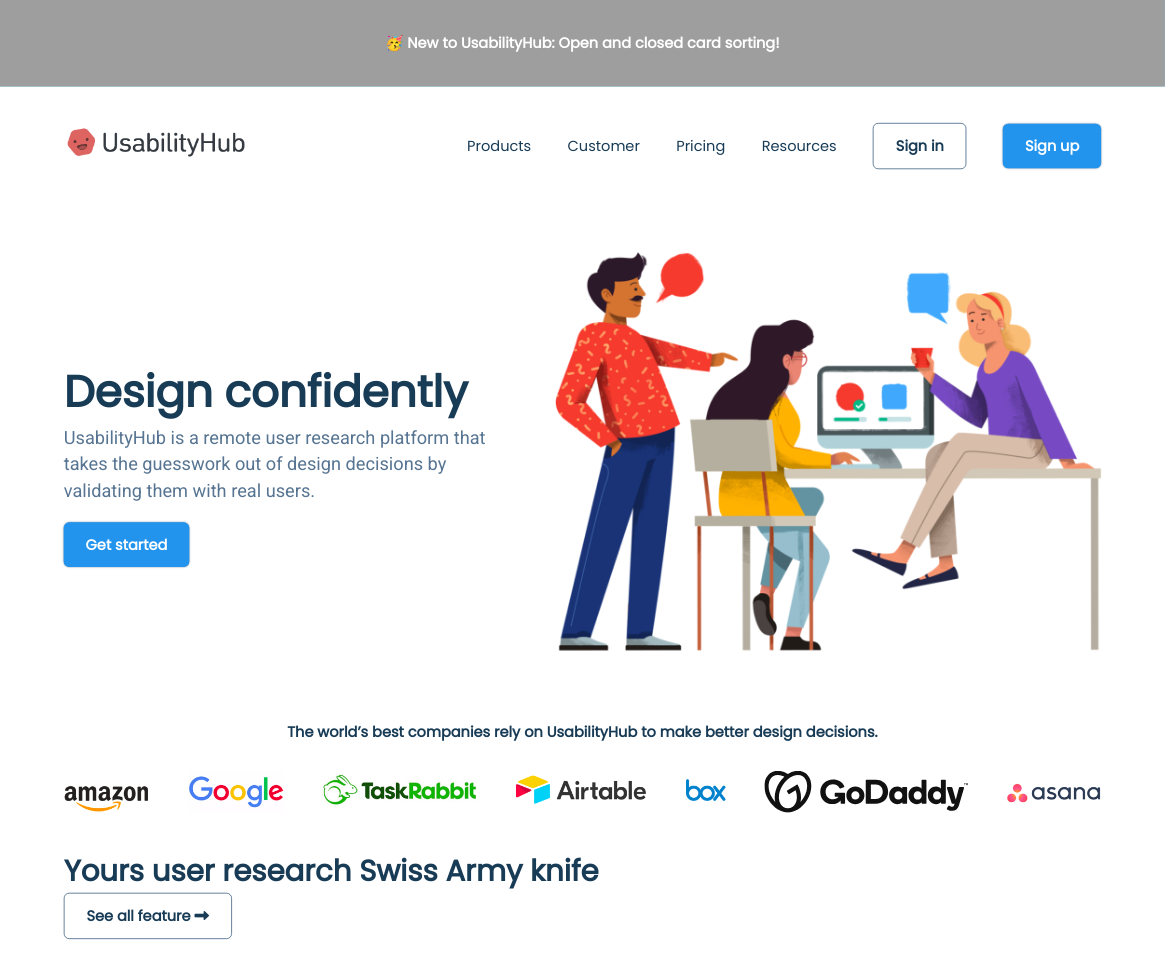
Repository: ramlakhan1/clone1
Page: index.html
The author's editor kept a copy of each file at every save. The page is drawn from the files as they stood at one save, then again after the next save.
The browser window is 1280 px wide. The pictures show the whole page, at 91% of full size.
Pictures or frames that could not be fetched are drawn as grey boxes. Some web libraries are served in a nearby version.

Above is the page before, as saved 2022-11-29 19:20:06.

### index.html
<!DOCTYPE html>
<html lang="en">
  <head>
    <meta charset="UTF-8" />
    <meta http-equiv="X-UA-Compatible" content="IE=edge" />
    <meta name="viewport" content="width=device-width, initial-scale=1.0" />
    <title>Document</title>
    <link rel="stylesheet" href="style.css" />
  </head>
  <body>
    <div class="top-banner">
      <div class="container">
        <div class="small-bold-text banner-text">
          🥳 New to UsabilityHub: Open and closed card sorting!
        </div>
      </div>
    </div>
    <nav>
        <div class="container main-nav flex">
            <a href="#" class="company-logo">
               <img src="./assets/asset 1.png" alt="company logo">
            </a>
            <div class="nav-links">
                <ul class="flex">
                    <li><a href="#" class="hover-links">Products</a></li>
                    <li><a href="#" class="hover-links">Customer</a></li>
                    <li><a href="#" class="hover-links">Pricing</a></li>
                    <li><a href="#" class="hover-links">Resources</a></li>
                    <li><a href="#" class="hover-links secondary-button">Sign in</a></li>
                    <li><a href="#" class="hover-links primary-button">Sign up</a></li>
                </ul>
            </div>
        </div>
    </nav>
    <header>
        <div class="container header-section flex">
            <div class="header-left">
                <h1>Design confidently</h1>
                <p>UsabilityHub is a remote user research platform that takes the guesswork out of design decisions by validating them with real users.</p>
                <a href="#" class="primary-button get-started-btn">Get started</a>
            </div>
            <div class="header-right">
                <img src="./assets/asset 2.png" alt="hero-image">

            </div>
        </div>
    </header>
    <div class="companies-section">
        <div class="container">
            <div class="small-bold-text companies-header">The world’s best companies rely on UsabilityHub to make better design decisions.</div>
            <div class="logos flex">
                <img src="./assets/asset 3.png" class="logo" alt="">
                <img src="./assets/asset 4.png" class="logo" alt="">
                <img src="./assets/asset 5.png" class="logo" alt="">
                <img src="./assets/asset 6.png" class="logo" alt="">
                <img src="./assets/asset 7.png" class="logo" alt="">
                <img src="./assets/asset 8.svg" class="logo" alt="">
                <img src="./assets/asset 9.png" class="logo" alt="">
            </div>
        </div>
    </div>
    <section class="features-section">
        <div class="container">
            <div class="features-header">
                <h2>Yours user research Swiss Army knife</h2>
                <a href="#" class="secondary-button">See all feature <i class="fa-solid fa-right-long"></i></a>
            </div>
        </div>
    </section>
    <section class="big-feature-section"></section>
    <section class="big-feature-section"></section>
    <section class="big-feature-section"></section>
    <section class="example-section"></section>
    <section class="cta-section"></section>
    <footer></footer>
    <div class="sunfooter"></div>
    <script
      src="https://kit.fontawesome.com/4353b2cb35.js"
      crossorigin="anonymous"
    ></script>
  </body>
</html>

### style.css
@import url('https://fonts.googleapis.com/css2?family=Poppins&family=Roboto&display=swap');

*{
    margin: 0;
    padding: 0;
    box-sizing: border-box;
}
:root {
    --primary-text-color: #183b56;
    --secondary-text-color: #577592;
    --accent-color: #2294ed;
    --accent-color-dark: #1d69a3;
    --padding-inline-section: 20px;
}
body {
    font-family: 'Poppins', sans-serif;
    color: var(--primary-text-color);
}

h1{
    font-size: 3rem;
}
h2 {
    font-size: 2rem;
}
h3{
    font-size: 1.5rem;
}
p{
    font-family: 'Roboto', sans-serif;
    font-size: 1.25rem;
    color: var(--secondary-text-color);
    line-height: 1.8rem;
}
.primary-button {
    background-color: var(--accent-color);
    border-radius: 6px;
    font-weight: 700;
    color: white !important;;
    padding: 12px 24px;
    box-shadow: 0 0 2px var(--secondary-text-color);
    transition: 0.s ease-out;
}
.secondary-button {
    border: 0.5px solid var(--secondary-text-color);
    border-radius: 6px;
    font-weight: 700;
    color: var(--primary-text-color) !important;
    padding: 12px 24px;
    transition: 0.2 ease-out;
}
.secondary-button:hover {
    border-color: var(--accent-color);
    color: var(--accent-color) !important;
}

.primary-button:hover {
    background-color: var(--accent-color-dark);
}
.hover-links {
    color: var(--primary-text-color)
}

.hover-links:hover {
    color: var(--accent-color);
    transition: 0.2s ease-out;
}

a {
    text-decoration: none;
    display: inline-block;
}
.container {
    max-width: 1180px;
    margin-inline:  auto;
    padding: var(--padding-inline-section);
}
.flex {
    display: flex;
    align-items: center;
}
.small-bold-text {
    font-size: 1rem;
    font-weight: 700;
}
.banner-text {
    color: white;
    padding: 15px 30px;
    text-align: center;
}
.top-banner {
    background-image: url('./assets/asset\30.png');
    background-color: #4fb3d4;
    background-size: 300px;
}
ul{
    list-style-type: none;
}
.main-nav{
    margin-top: 20px;
justify-content: space-between;
}
.company-logo img {
    width: 200px;
}
.nav-links{
    flex-basis: 730px;
}
.nav-links ul{
 justify-content: end;
 gap: 40px;
}

header {
    padding: 50px var(--padding-inline-section) 0;
}
.header-left h1{
    margin-top: 20px;
}
.header-left {
    max-width: 40vw;
}
.header-section {
    justify-content: center;
    gap: 50px;
}

.header-right img {
    width: 600px;
}
.get-started-btn {
    margin-top: 20px;
}

.companies-header {
    text-align: center;
    margin-block: 30px;
    color: var(--primary-text-color);
}
.logos {
    justify-content: space-between;
    flex-wrap: wrap;
}
.logo{
  height: 46px;
}

.features-header{

}

After the next save:
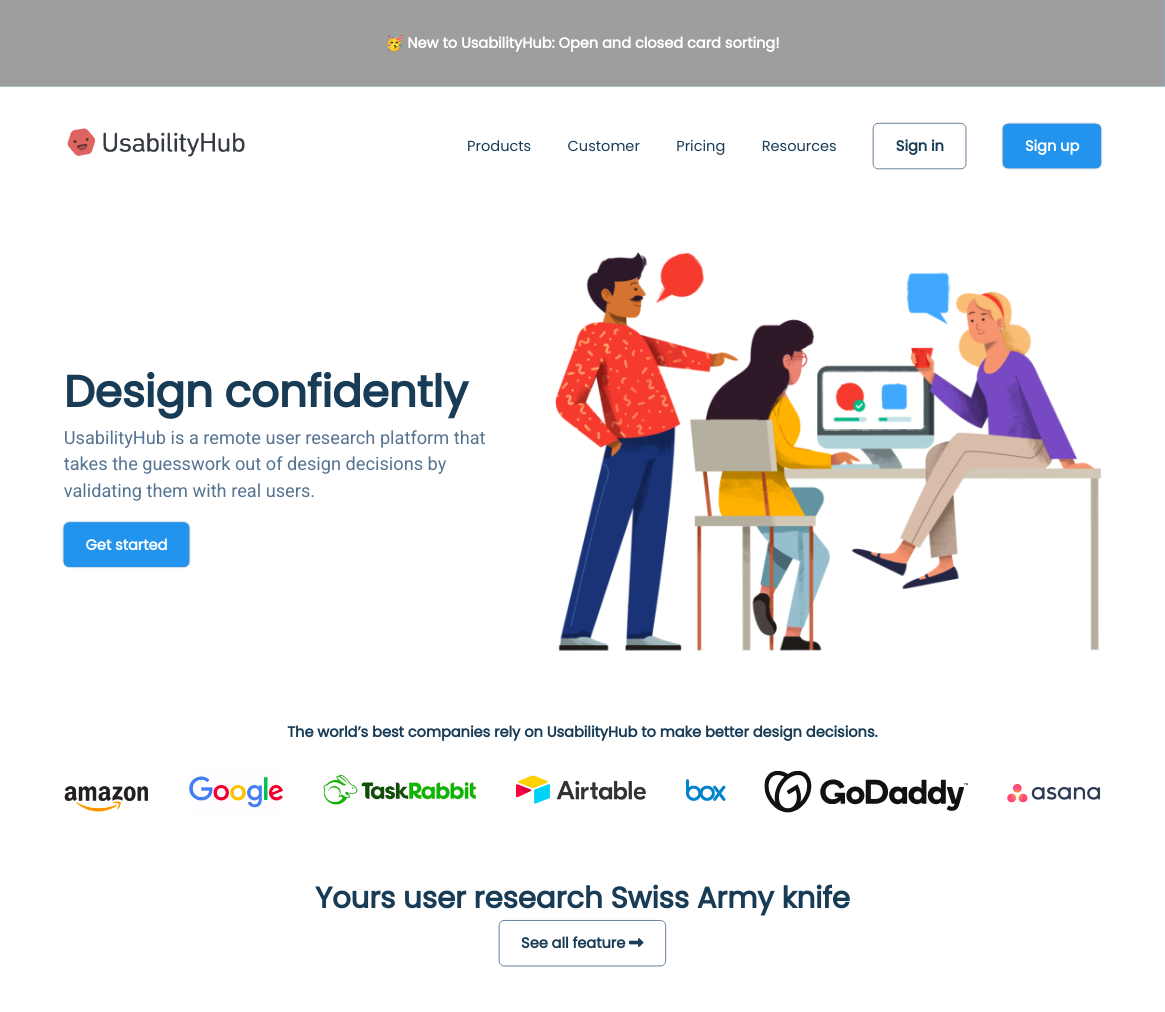
Saved 9 s later.
--- a/style.css
+++ b/style.css
@@ -146,5 +146,6 @@
 }
 
 .features-header{
-
+    text-align: center;
+    margin-block: 30px;
 }
